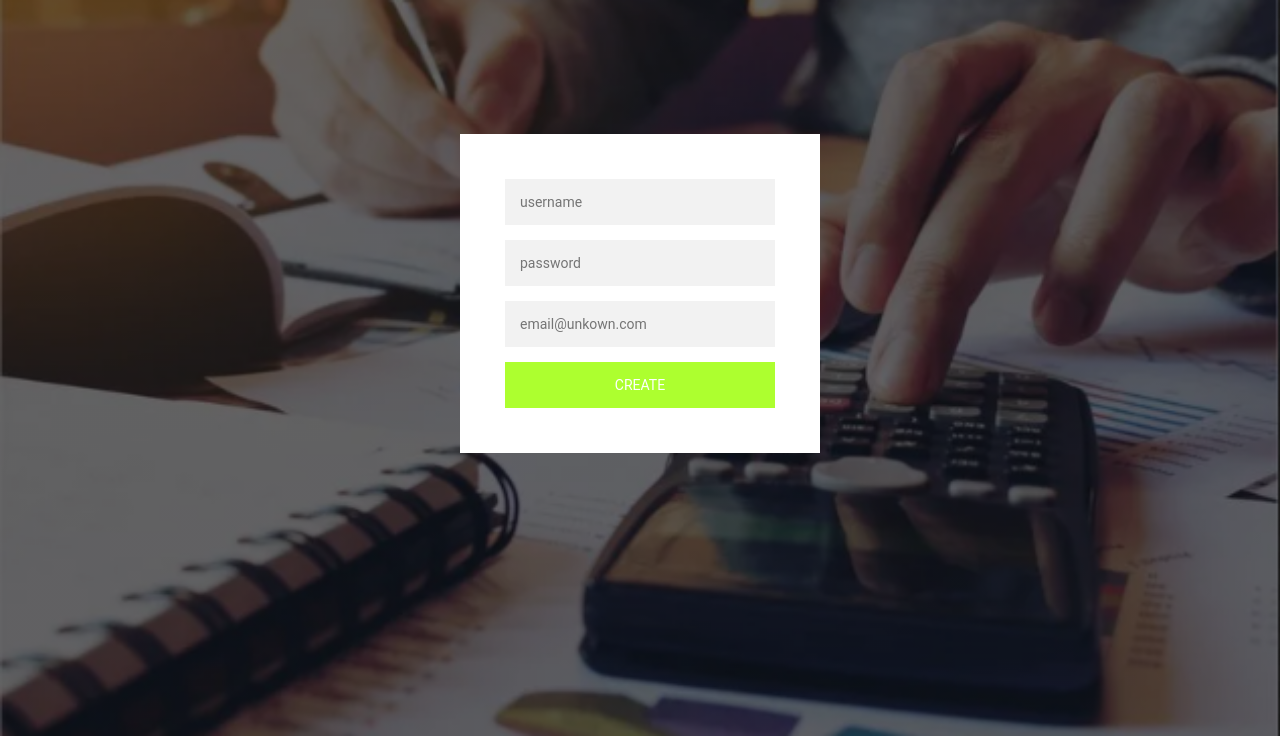
Repository: rambo1022/Project-1
Page: index.html
These files come from the project's save history. The page is drawn as it stood at one moment and after the next save; the edit follows.
The browser window is 1280 px wide. The pictures show the whole page.

Above is the page before, as saved 2019-12-01 15:23:56.

### index.html
<!DOCTYPE html>
<html lang="en">
<head>
  <meta charset="UTF-8">
  <meta name="viewport" content="width=device-width, initial-scale=1.0">
  <meta http-equiv="X-UA-Compatible" content="ie=edge">
  <title>Prime Trade || Login/SignUp</title>
  <link rel="stylesheet" href="../Project-1/Sign-Up/signup.css">

</head>

<body>

  <div class="login-page">
  <div class="form">
    <form class="register-form">
    <input type="text" placeholder="username"/>
    <input type="text" placeholder="password"/>
    <input type="text" placeholder="email@unkown.com"/>
    <button>Create</button>

    </form>
  </div>
  </div>






</body>

</html>

### Sign-Up/signup.css
body {
    background-image: linear-gradient(rgba(0,0,0,0.6),rgba(0,0,0,0.6)),url(../Sign-Up/images/finance.png);
    height: 100vh;
    background-size: cover;
    background-position: center;


}

.login-page {
    width: 360px;
    padding: 10% 0 0;
    margin: auto;


}

.form {
    position: relative;
    z-index: 1;
    background: #ffffff;
    max-width: 360px;
    margin: 0 auto 100px;
    padding: 45px;
    text-align: center;

}

.form input {
    font-family: "Roboto", sans-serif;
    outline: 1;
    background: #f2f2f2;
    width: 100%;
    border: 0;
    margin: 0 0 15px;
    padding: 15px 15px;
    box-sizing: border-box;
    font-size: 14px;
}

.form button {
    font-family: "Roboto", sans-serif;
    text-transform: uppercase;
    outline: 0;
    background: greenyellow;
    width: 100%;
    border: 0;
    padding: 15px 15px;
    color: #ffffff;
    font-size: 14px;
    cursor: pointer;
}

After the next save:
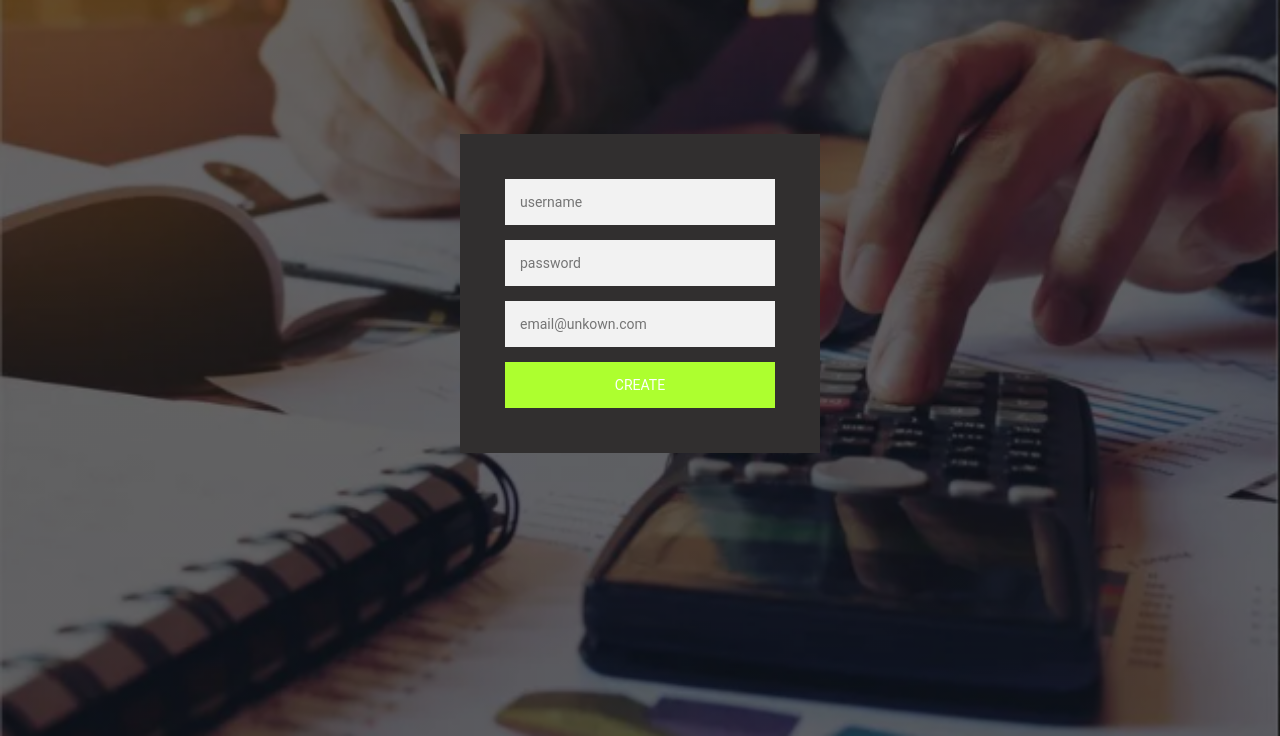
Saved 9 min 46 s later.
--- a/Sign-Up/signup.css
+++ b/Sign-Up/signup.css
@@ -18,7 +18,7 @@ body {
 .form {
     position: relative;
     z-index: 1;
-    background: #ffffff;
+    background: #312f2f;
     max-width: 360px;
     margin: 0 auto 100px;
     padding: 45px;
